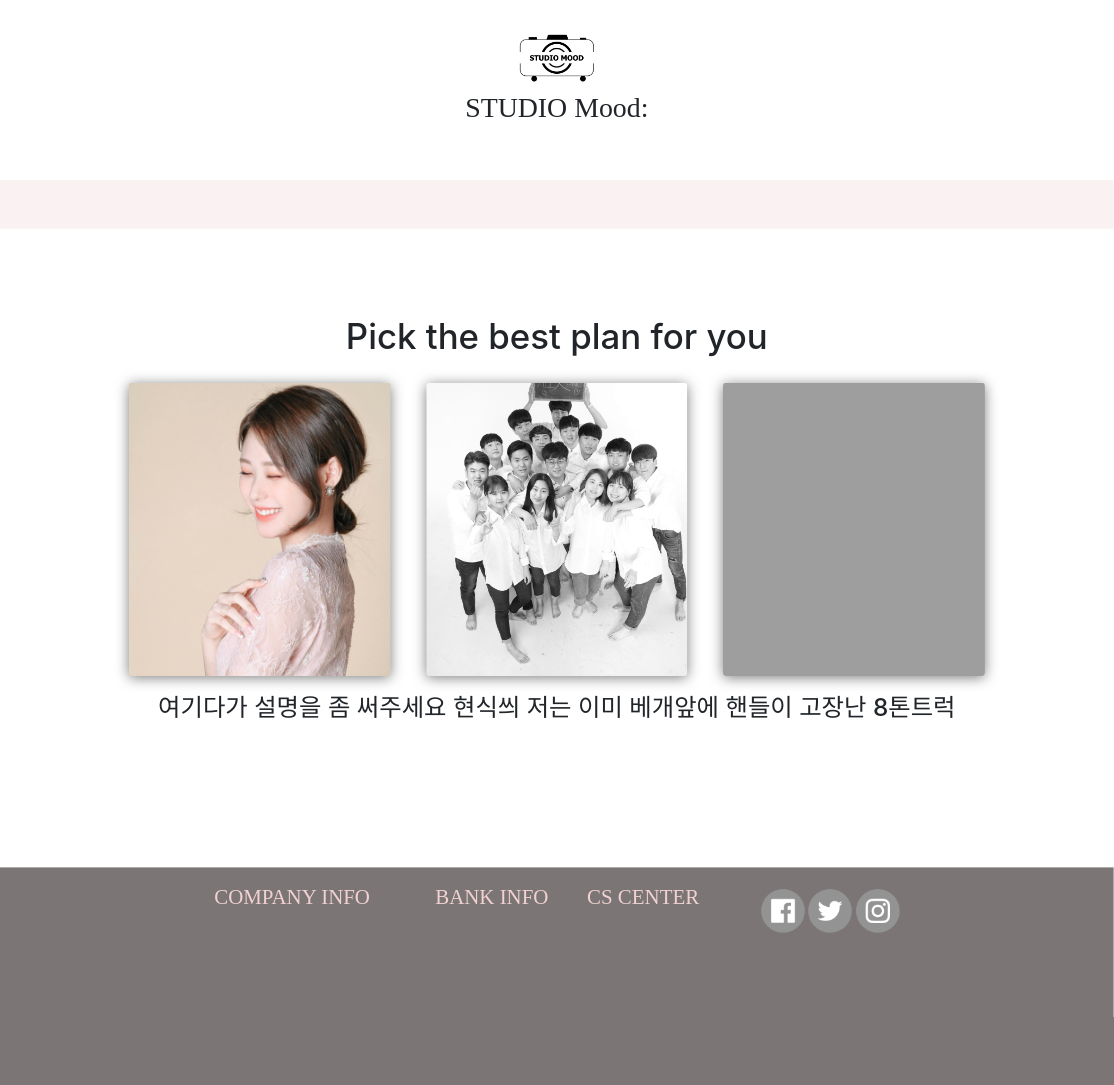
Repository: seugju/HSDsemi
Page: http://localhost/studioMood/views/product/product.jsp
These files come from the project's save history. The page is drawn as it stood at one moment and after the next save; the edit follows.
The browser window is 1280 px wide. The pictures show the whole page, at 87% of full size.
Pictures or frames that could not be fetched are drawn as grey boxes. Some web fonts or font styles are not loaded; a fallback is used. The page is served by Tomcat 9. Other server files are loaded and not shown.

Above is the page before, as saved 2020-12-02 16:10:57.

### project-workspace/studioMood/WebContent/views/product/product.jsp
<%@ page language="java" contentType="text/html; charset=UTF-8"
    pageEncoding="UTF-8"%>
<!DOCTYPE html PUBLIC "-//W3C//DTD HTML 4.01 Transitional//EN" "http://www.w3.org/TR/html4/loose.dtd">
<html>
<head>
<meta http-equiv="Content-Type" content="text/html; charset=UTF-8">
<title>Insert title here</title>
</head>
<style>
	@import url('https://fonts.googleapis.com/css?family=Open+Sans');

* {
	box-sizing: border-box;
}

body {
	background-color: #f6f5f7;
	font-family: 'Open Sans', sans-serif;
	margin-bottom: 50px;
}

.text-center {
	text-align: center;
}

.pricing-box-container {
	display: flex;
	align-items: center;
	justify-content: center;
	flex-wrap: wrap;
}

.pricing-box {
	background-color: #ffffff;
	box-shadow: 0px 2px 15px 0px rgba(0,0,0,0.5);
	border-radius: 4px;
	flex: 1;
	padding: 0 30px 30px;
	margin: 2%;
	min-width: 250px;
	max-width: 350px;
}

.pricing-box h5 {
	text-transform: uppercase;
}

.price {
	margin: 24px 0;
	font-size: 36px;
	font-weight: 900;
}

.price sub, .price sup {
	font-size: 16px;
	font-weight: 100;
}

.features-list {
	padding: 0;
	list-style-type: none;
}

.features-list li {
	font-weight: 100;
	padding: 12px 0;
	font-weight: 100;
}

.features-list li:not(:last-of-type) {
	border-bottom: 1px solid rgba(0, 0, 0, 0.1);
}

.btn-primary {
	border-radius: 25px;
	border: none;
	background-color: #EC1362;
	color: #ffffff;
	cursor: pointer;
	padding: 10px 15px;
	margin-top: 20px;
	text-transform: uppercase;
	transition: all 0.1s ease-in-out;
}

.btn-primary:hover {
	box-shadow: 0px 2px 15px 0px rgba(0,0,0,0.5);
	transform: translateY(-3px);
}

.pricing-box-bg-image {
	background-image: url('');
	background-size: cover;
	background-position: center center;
	color: #ffffff;
}

.pricing-box-bg-image .features-list li {
	border-bottom-color: rgba(255, 255, 255, 1);
}

.pricing-box-bg-image .btn-primary {
	background-color: #ffffff;
	color: #000;
}


.explain-product{
	width:100%;
	height:100px;
	text-align:center;
}
.explain-product h2{

}
.explain-content{
	width:80vw;
	height:auto;
	padding-top:100px;
	padding-bottom:100px;
	margin-top:100px;
	margin-bottom:100px;
	margin:0 auto;

}
.features-list:hover{
	 -webkit-transform: scale(1.02);
          transform: scale(1.02);
}
.pricing-box:hover{
	 -webkit-transform: scale(1.1);
          transform: scale(1.1);
}
.pricing-box{
	-webkit-transition: all 0.4s ease-in-out;
  transition: all 0.4s ease-in-out;

}
.pricing-box h5,p,ul{
	opacity:0;
}


#indiv{
padding:0px;
background-image: url('/img/indivisual.jpg');
	background-size: cover;
   background-position: center center;
}
#group{
padding:0px;
background-image: url('/img/GROUP_PICTURE.jpg');
	background-size: cover;
   background-position: center center;
}
#body{
padding:0px;
background-image: url('/img/BODY_PROFILE.png');
	background-size: cover;
   background-position: center center;
}
.pricing-box:hover h5{
	opacity:1;
}
.pricing-box:hover p{
	opacity:1;
}
.pricing-box:hover ul{
	opacity:1;
}
.opacity-div{

	width:100%;
	height:337px;
	color: black;
}
#indiv:hover .opacity-div{
	background-color: rgba(255,255,255,0.7);
}
#group:hover .opacity-div{
	background-color: rgba(255,255,255,0.7);
}
#body:hover .opacity-div{
	background-color: rgba(255,255,255,0.7);
}
</style>
<body>
<%@ include file="/WEB-INF/views/common/header.jsp" %>
<div class="explain-content">
	<h1 class="text-center">Pick the best plan for you</h1>

<div class="pricing-box-container">
	<div id="indiv" class="pricing-box text-center">
	<div class="opacity-div">
		<h5>개인프로필</h5>
		<p class="price"><sup>$</sup>0<sub>/mo</sub></p>
		<ul class="features-list">
			<li><strong>1</strong> Project</li>
			<li><strong>5</strong> Team Members</li>
			<li><strong>50</strong> Personal Projects</li>
			<li><strong>5,000</strong> Messages</li>
		</ul>
		</div>
	</div>

	<div id="group" class="pricing-box text-center">
	<div class="opacity-div">
		<h5>단체프로필</h5>
		<p class="price"><sup>$</sup>0<sub>/mo</sub></p>
		<ul class="features-list">
			<li><strong>1</strong> Project</li>
			<li><strong>5</strong> Team Members</li>
			<li><strong>50</strong> Personal Projects</li>
			<li><strong>5,000</strong> Messages</li>
		</ul>
		</div>
	</div>

	<div id="body" class="pricing-box text-center">
	<div class="opacity-div">
		<h5>바디프로필</h5>
		<p class="price"><sup>$</sup>89<sub>/mo</sub></p>
		<ul class="features-list">
			<li><strong>25</strong> Project</li>
			<li><strong>50</strong> Team Members</li>
			<li><strong>500</strong> Personal Projects</li>
			<li><strong>50,000</strong> Messages</li>
		</ul>

	</div>
	</div>
	<div class="explain-product">
		<h3>여기다가 설명을 좀 써주세요 현식씌  저는 이미 베개앞에 핸들이 고장난 8톤트럭 </h3>
	</div>
</div>

</div>
<%@ include file="/WEB-INF/views/common/footer.jsp" %>
</body>

</html>

### project-workspace/studioMood/WebContent/WEB-INF/views/common/header.jsp
<%@page import="member.model.vo.Member"%>
<%@ page language="java" contentType="text/html; charset=UTF-8"
    pageEncoding="UTF-8"%>
    <%
    	Member m = (Member)session.getAttribute("loginMember");
    %>
<!DOCTYPE html PUBLIC "-//W3C//DTD HTML 4.01 Transitional//EN" "http://www.w3.org/TR/html4/loose.dtd">
<html>
<head>
<meta http-equiv="Content-Type" content="text/html; charset=UTF-8">
<title>Insert title here</title>

<script type="text/javascript" src="http://code.jquery.com/jquery-3.3.1.js"></script>
    <link rel="stylesheet" href="https://maxcdn.bootstrapcdn.com/bootstrap/4.5.2/css/bootstrap.min.css">
    <script src="https://ajax.googleapis.com/ajax/libs/jquery/3.5.1/jquery.min.js"></script>
    <script src="https://cdnjs.cloudflare.com/ajax/libs/popper.js/1.16.0/umd/popper.min.js"></script>
    <script src="https://maxcdn.bootstrapcdn.com/bootstrap/4.5.2/js/bootstrap.min.js"></script>

     <style>
    	 @font-face {
            font-family: 'S-CoreDream-4Regular';
            src: url('https://cdn.jsdelivr.net/gh/projectnoonnu/noonfonts_six@1.2/S-CoreDream-4Regular.woff') format('woff');
            font-weight: normal;
            font-style: normal;
        }

		@font-face {
		    font-family: 'Cafe24Danjunghae';
		    src: url('https://cdn.jsdelivr.net/gh/projectnoonnu/noonfonts_twelve@1.1/Cafe24Danjunghae.woff') format('woff');
		    font-weight: normal;
		    font-style: normal;
		}

		@font-face {
		    font-family: 'KCC-eunyoung';
		    src: url('https://cdn.jsdelivr.net/gh/projectnoonnu/noonfonts_one@1.0/KCC-eunyoung-Regular.woff') format('woff');
		    font-weight: normal;
		    font-style: normal;
		}
        header{
            width: 100vw;
            z-index: 0;
        }

        .navbar {
            display: block;
            background-color: #faf2f2;
            margin: 0 auto;
            z-index : 2;
        }

        .logo {
            margin: 0 auto;
            width: 500px;
            text-align: center;
        }
        .logo >h2{
         	font-family: 'Cafe24Danjunghae';
         }

        .logo>p{
        	 font-family: 'KCC-eunyoung';
        	 font-size: 20pt;
        }

        .navi-menu,
        .navi-menu-top {
            /* menu ul */
            list-style: none;
            text-align: center;

        }

        .navi-menu-top {
            float: right;
        }

        .navi-menu {
            margin: 0 auto;
            width: 680px;
            height: 40px;
        }

        .navi-menu>li {
            width: 125px;
            margin: 0 auto;
        }

        .navi-menu li>a {
            width: 100%;
            height: 30px;
            box-sizing: border-box;
            text-align: center;
            display: block;
            float: left;
        }
        .nav-link {
            color: #373a40;
            font-weight: bold;

        }
        .nav-link:hover{
        	color:#f1d1d1  ;
        }


        .navi-menu-top {
            display: inline-block;
        }

        .nav-top {
     	   	font-family: 'S-CoreDream-4Regular';
            width: 1200px;
            float: right;
            padding-right: 30px;
        }

        .navi-menu-top li {
            width: 80px;
            height: 30px;
            float: left;
        }

        .navi-menu-top li>a {
            width: 100%;
            height: 100%;
            display: inline-block;
            font-size: 9pt;
            line-height: 30px;
            color: #373a40;
        }
        .subMenu {
            margin-top: 10px;
            padding: 0;
            list-style-type: none;
            display :none;
             z-index : 1;
        }

		.subMenu>li {
            background-color: rgba(250,242,242,0.8);
        }

        .subMenu li>a {
            margin: 0;
            padding: 0;
            font-size: 10pt;
            display: inline-block;
            width: 125px;
            float: none;
            color: #373a40;

            /*transition-duration: 1s;*/
        }

        .subMenu>li:first-child>a {
            margin-top: 20px;
       	 }

           a{
		      text-decoration: none;
		      color:black;
		   }
		   a:hover{
		      text-decoration: none;
		      color:#e6d1d8;
		   }

        .subMenu{
            margin: 0;
            padding: 0;
            list-style-type: none;
            transition-duration: 2s;
        }
        .subMenu li>a{
            margin: 0;
            padding: 0;
            display: inline-block;
            width: 125px;
            float: none;
        }
        .subMenu>li:first-child>a {
            margin-top: 30px;
        }
        .subMenu li>a:hover {
       		color:#968c83;
           font-weight: bold;
        }

    </style>

        <script>
         $(document).ready(function() {
            var subMenu = $(".subMenu");
            subMenu.hide();
            var navMenu = $(".navi-menu>li>a");
            var idx = navMenu.index();

             $(".navi-menu>li>a").click(function() {
                $(this).next().stop().slideToggle(300);
            });


        });


    </script>
</head>
<body>

     <div class="nav-top">
     <%if(m != null) { //로그인 된 상태%>
     	<ul class="navbar-nav navi-menu-top" id="login-nav">
            <li>
                <a class="nav-top-link" href="/logout">로그아웃</a>
            </li>
            <li>
            <%if(m.getMemberLevel() == 0) {%>
                <a class="nav-top-link" href="/adminPage">관리자페이지</a>
            <%}else{ %>
                <a class="nav-top-link" href="/myPage?memberId=<%=m.getMemberId()%>">마이페이지</a>
            <%} %>
            </li>
        </ul>
     <%}else { %>
     	<ul class="navbar-nav navi-menu-top" id="logout-nav">
            <li>
                <a class="nav-top-link" href="/views/member/login.jsp">로그인</a>
            </li>
            <li>
                <a class="nav-top-link" href="/views/member/join.jsp">회원가입</a>
            </li>
        </ul>
     <%} %>
    </div>

    <div class="container-fluid">
        <br>
        <div class="logo">
            <img src="/img/logo.png" width="100px;" onclick="location.href = '/'">
            <h2>STUDIO Mood:</h2>
            <p>감성을 담는 사진관 </p>
        </div>
    </div>

   <nav class="navbar navbar-expand-sm sticky-top">
        <ul class="navbar-nav navi-menu">
            <li class="nav-item">
                <a class="nav-link" href="#">about</a>

                <ul class="subMenu">
                    <li><a class="nav-link sub-nav-item" href="/about">studio 'mood'</a></li>

                </ul>
            </li>
            <li class="nav-item">
                <a class="nav-link" href="/views/product/product.jsp">product</a>
            </li>
            <li class="nav-item">
                <a class="nav-link" href="#">gallery</a>
                <ul class="subMenu">
                    <li><a class="nav-link sub-nav-item" href="#">개인프로필</a></li>
                    <li><a class="nav-link sub-nav-item" href="#">바디프로필</a></li>
                    <li><a class="nav-link sub-nav-item" href="#">단체프로필</a></li>
                </ul>
            </li>
            <li class="nav-item">
                <a class="nav-link" href="#">reservation</a>
                <ul class="subMenu">
                    <li><a class="nav-link sub-nav-item" href="/test">예약</a></li>
                    <li><a class="nav-link sub-nav-item" href="/searchReserve">예약확인</a></li>
                </ul>
            </li>
            <li class="nav-item">
                <a class="nav-link" href="#">board</a>
                <ul class="subMenu">
                    <li><a class="nav-link sub-nav-item" href="/noticeList?reqPage=1">공지사항</a></li>
                    <li><a class="nav-link sub-nav-item" href="/qnaList?reqPage=1">QnA</a></li>
                    <li><a class="nav-link sub-nav-item" href="/postList?reqPage=1">후기</a></li>
                    <li><a class="nav-link sub-nav-item" href="/faqList?reqPage=1">FAQ</a></li>
                </ul>
            </li>
        </ul>
    </nav>


</body>
</html>

### project-workspace/studioMood/WebContent/WEB-INF/views/common/footer.jsp
<%@ page language="java" contentType="text/html; charset=UTF-8"
    pageEncoding="UTF-8"%>
<!DOCTYPE html PUBLIC "-//W3C//DTD HTML 4.01 Transitional//EN" "http://www.w3.org/TR/html4/loose.dtd">
<html>
<head>
<meta http-equiv="Content-Type" content="text/html; charset=UTF-8">
<title>Insert title here</title>

<style>
		 @font-face {
            font-family: 'S-CoreDream-4Regular';
            src: url('https://cdn.jsdelivr.net/gh/projectnoonnu/noonfonts_six@1.2/S-CoreDream-4Regular.woff') format('woff');
            font-weight: normal;
            font-style: normal;
        }

        @font-face {
            font-family: 'S-CoreDream-5Medium';
            src: url('https://cdn.jsdelivr.net/gh/projectnoonnu/noonfonts_six@1.2/S-CoreDream-5Medium.woff') format('woff');
            font-weight: normal;
            font-style: normal;
        }
        .footer{
            background-color: rgb(124, 117, 117);
            text-align: center;

            height: 250px;
            margin: 0;
            padding: 0;
            z-index: 0;
        }
        .footerBox{
            margin: 20px;
            text-align: left;
            display: inline-block
        }
        .footerBox >h2{
       		font-family: 'S-CoreDream-5Medium';
            color: rgb(241, 209, 209);
            font-size: 18pt;
        }
        .footerBox>p{
        	font-family: 'S-CoreDream-4Regular';
        	font-size: 9pt;
            color: rgb(241, 238, 238);
        }
        .footer-top,
        .footer-bottom{
        	margin : 0 auto;
            width: 1198px;
        }
        .footer-bottom>p{
          color: rgba(241, 238, 238, 0.8);
          font-size: 10pt;
        }
        .icon{

        }
        .icon>img{

            width: 50px;
        }
    </style>
</head>
<body>
 <footer>
       <div class="footer">
           <div class="footer-top">
                <div class="footerBox company-info" width:310px;>
                <h2>COMPANY INFO</h2>
                <p>
                    Company : 스튜디오무드 <br>
                    Business-License : 888-999-33333<br>
                    Tel: 02-3333-5555<br>
                    Email : mood_studio@gmail.com<br>
                    Addr : 서울특별시 강남구 사진관로 34번길<br>
                </p>
            </div>
            <div class="footerBox bank-info" width:180px;>
                <h2>BANK INFO</h2>
                <p>
                    농협 : 333-8888-5555-44 <br>
                    국민 : 888999-01-33333<br><br>
                    예금주: 스튜디오 분위기<br><br>

                </p>
            </div>
            <div class="footerBox cs" width:230px;>
                <h2>CS CENTER</h2>
                <p>
                    tel : 010-2222-5555 <br>
                    mail : mood_studio@gmail.com<br><br><br><br>
                </p>
            </div>
           <div class="footerBox icon" width:130px;>
               <img src="/img/Facebook_1.png">
               <img src="/img/Twitter_1.png">
               <img src="/img/Instagram_1.png">
               <p><br><br><br><br></p>
           </div>
           </div>

            <div class="footer-bottom">
                <p>Copyright &copy; 2020 by Studiomood All Right Reserved</p>
            </div>

       </div>

   </footer>

</body>
</html>

After the next save:
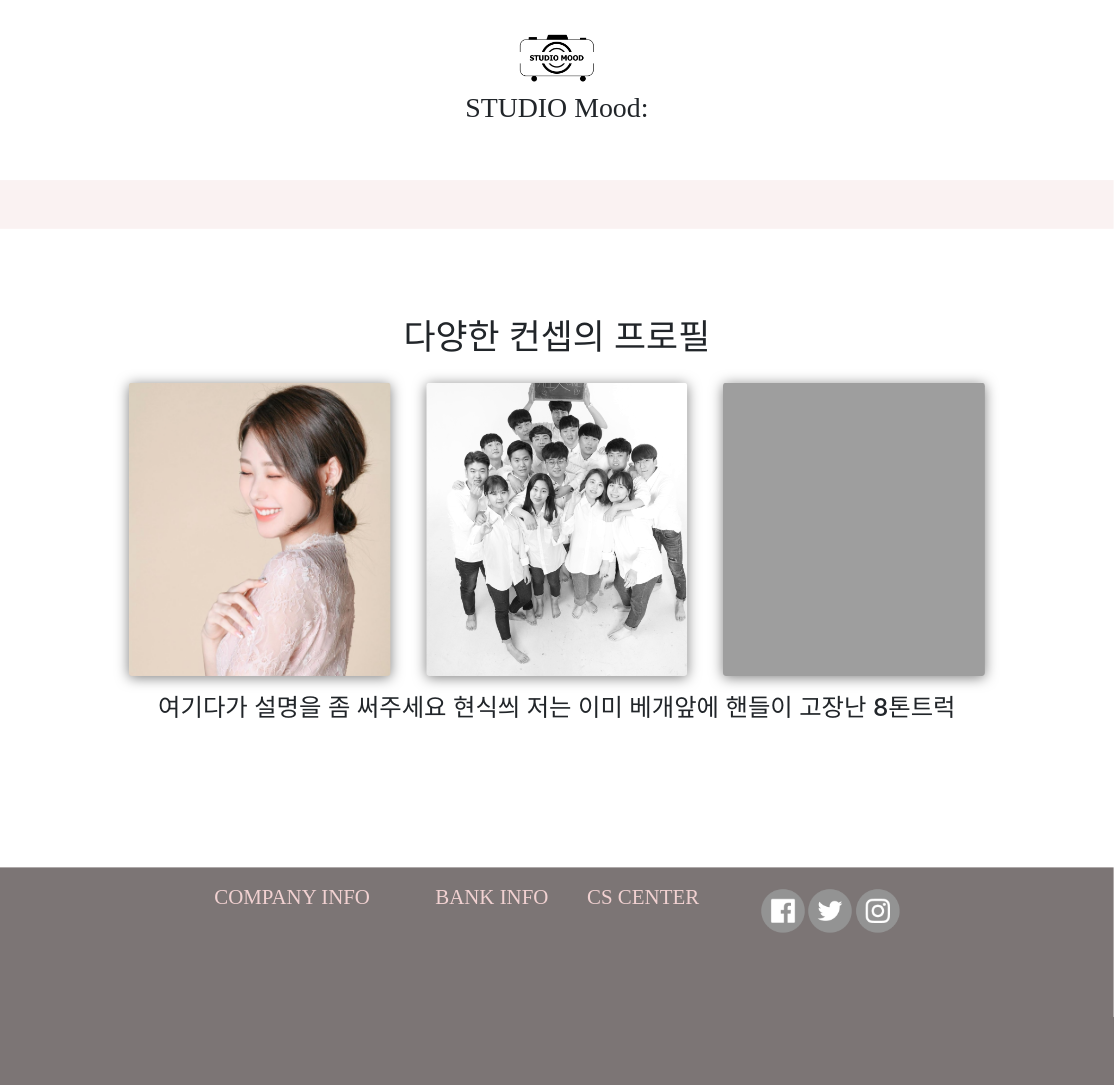
Saved 60 s later.
--- a/project-workspace/studioMood/WebContent/views/product/product.jsp
+++ b/project-workspace/studioMood/WebContent/views/product/product.jsp
@@ -187,7 +187,7 @@ background-image: url('/img/BODY_PROFILE.png');
 <body>
 <%@ include file="/WEB-INF/views/common/header.jsp" %>
 <div class="explain-content">
-	<h1 class="text-center">Pick the best plan for you</h1>
+	<h1 class="text-center">다양한 컨셉의 프로필</h1>
 
 <div class="pricing-box-container">
 	<div id="indiv" class="pricing-box text-center">
